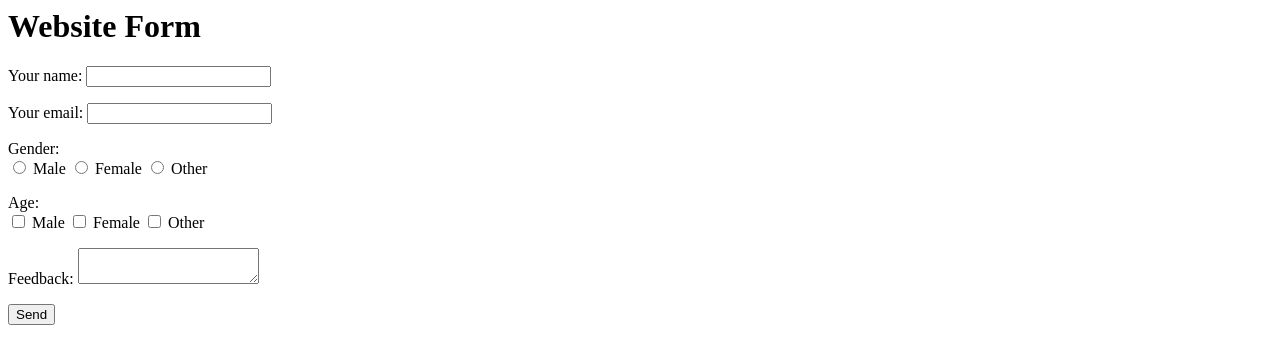
Repository: getzt1/web-design-class
Page: web pages/personal-site/form.html
The author's editor kept a record of every edit. The page is drawn from the files as they stood at one moment, then again after the next edit.
The browser window is 1280 px wide. The pictures show the whole page.

Above is the page before.

After the next edit:
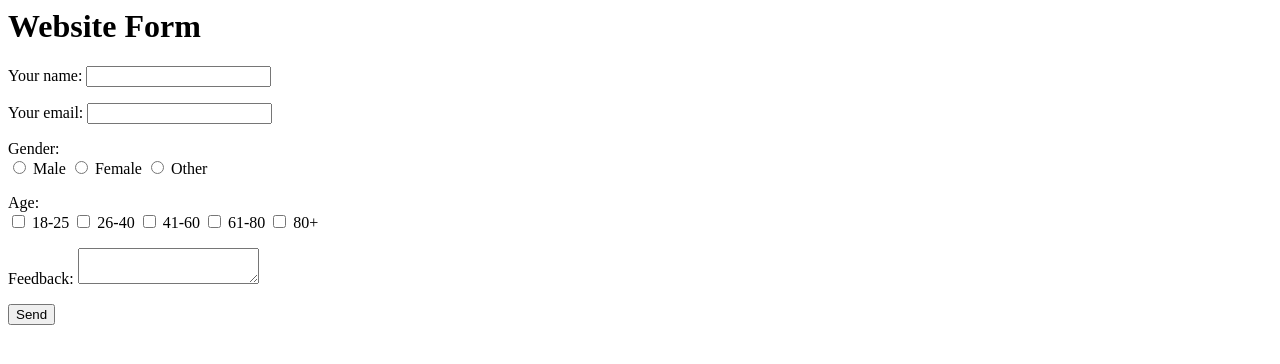
The edit:
--- a/web pages/personal-site/form.html
+++ b/web pages/personal-site/form.html
@@ -20,9 +20,11 @@
   </p>
 
   <p> Age: <br />
-        <input type="checkbox" name="age" value="18-25" /> Male
-        <input type="checkbox" name="age" value="26-40" /> Female
-        <input type="checkbox" name="age" value="41-60" /> Other
+        <input type="checkbox" name="age" value="18-25" /> 18-25
+        <input type="checkbox" name="age" value="26-40" /> 26-40
+        <input type="checkbox" name="age" value="41-60" /> 41-60
+        <input type="checkbox" name="age" value="61-80" /> 61-80
+        <input type="checkbox" name="age" value="80+" /> 80+
   </p>
 
   <label>
